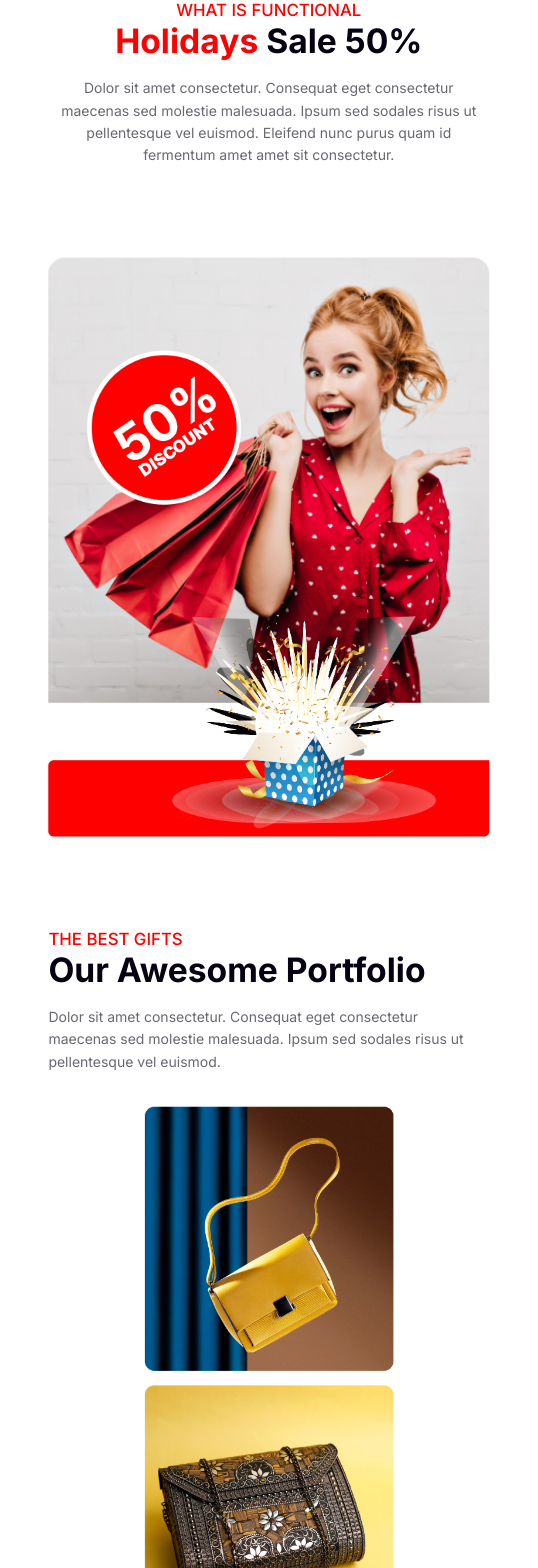
Repository: ShouravAhammed/simple-responsive-new-year
Page: index.html
These files come from the project's save history. The page is drawn as it stood at one moment and after the next save; the edit follows.
The browser window is 768 px wide. The pictures show the part of the page from y = 0 to 2240 px (the page is 5500 px tall), at 70% of full size.

Above is the page before, as saved 2024-01-11 18:53:47.

After the next save:
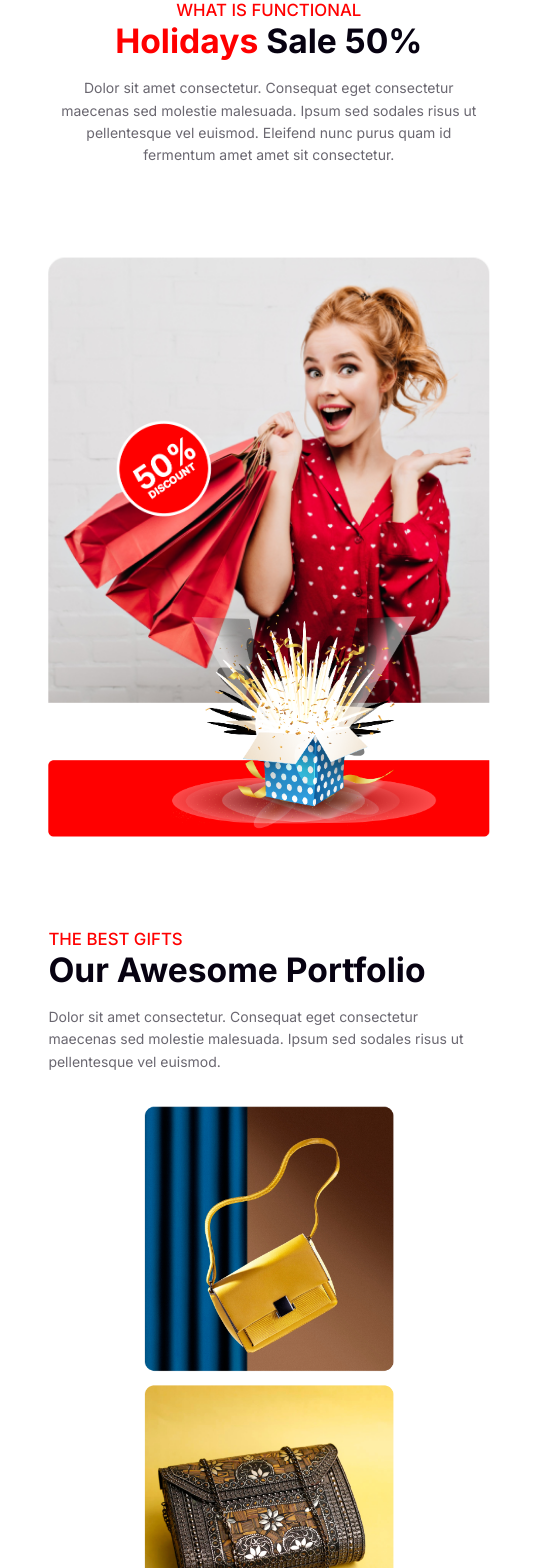
Saved 82 s later.
--- a/Style/style.css
+++ b/Style/style.css
@@ -569,9 +569,6 @@
         left: -150px;
         position: relative;
     }
-    .holiday-back-img .holiday-discount-content {
-        width: 100%;
-    }
     .best-offer-container, .best-offer-container, .portfolio-container .portfolio-content {
         flex-direction: column;
     }
